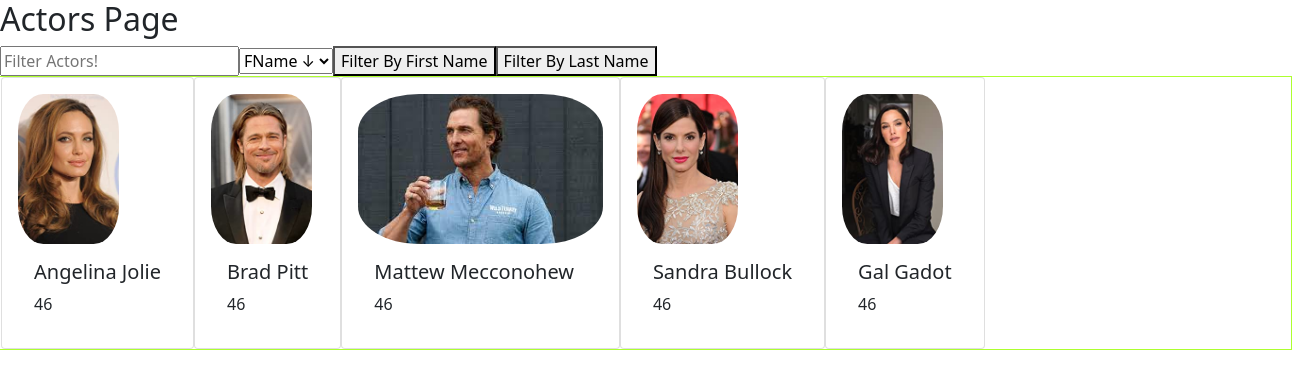
Repository: shuroo/FECourse-react-movieapp
Page: /
An editor plug-in stored every save of this project. The page is shown before and after the next save, followed by the edit.
The browser window is 1280 px wide. The page is 1292 px wide, so the pictures cover 1292 px, including what lies to the right of the window. The pictures show the whole page.
The project was rebuilt for these pictures with package versions that can differ from the ones it lists, and the page was loaded fresh each time. Also part of the build but not shown: src/App.css.

Above is the page before, as saved 2021-07-25 11:36:22.

After the next save:
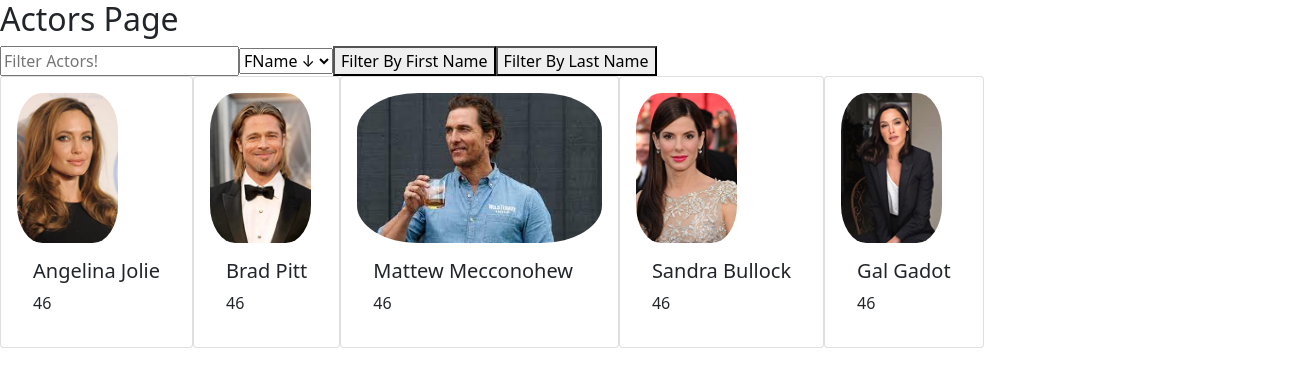
Saved 106 s later.
--- a/src/components/CardComponent.css
+++ b/src/components/CardComponent.css
@@ -17,6 +17,5 @@
 
 .gallery {
     display: flex;
-    border: 1px solid greenyellow;
-    align-items: flex-start;
+    align-items: stretch;
 }
